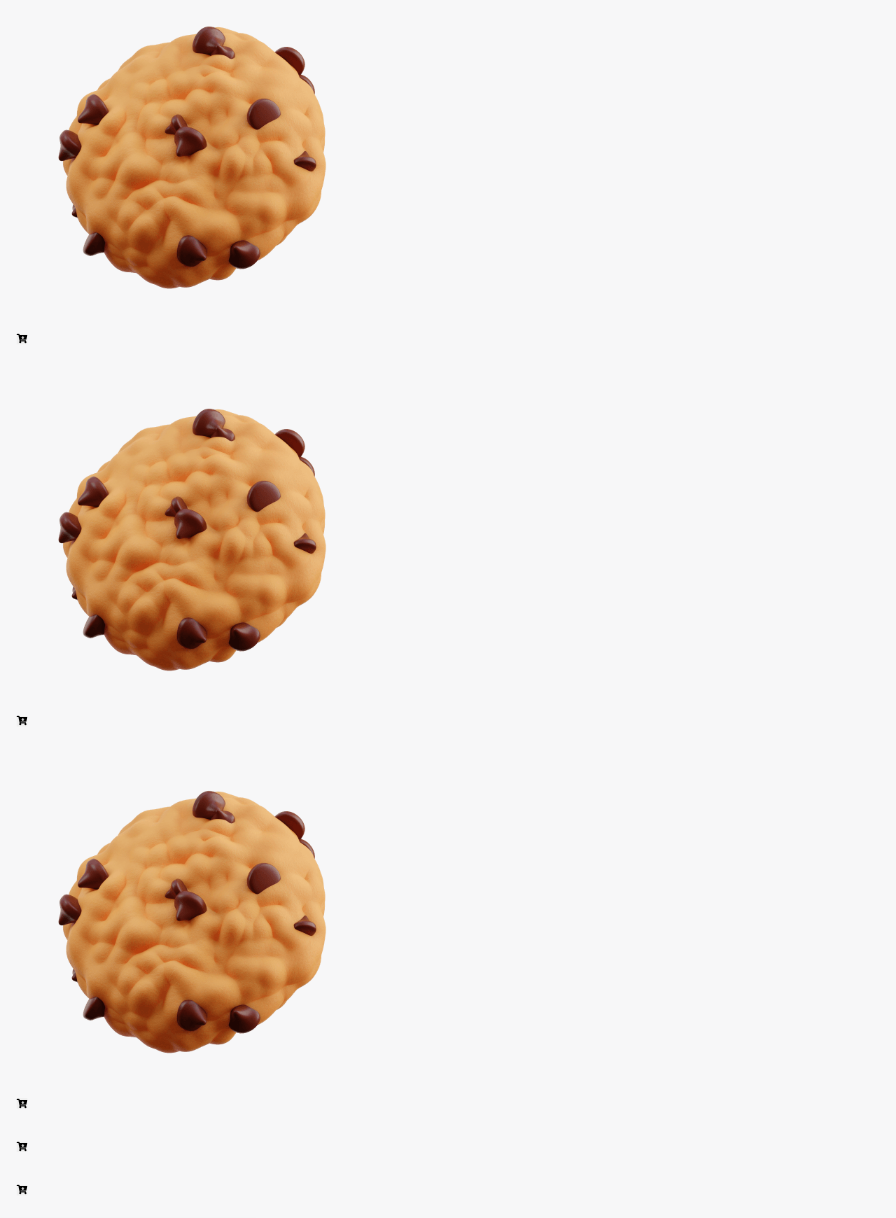
Repository: Nguyenductuan-dev/Website-coffee
Page: index.html
These files come from the project's save history. The page is drawn as it stood at one moment and after the next save; the edit follows.
The browser window is 1280 px wide. The pictures show the part of the page from y = 2767 to 4687 px (the page is 4507 px tall before and 4687 px after), at 70% of full size.

Above is the page before, as saved 2022-04-13 22:36:45.

After the next save:
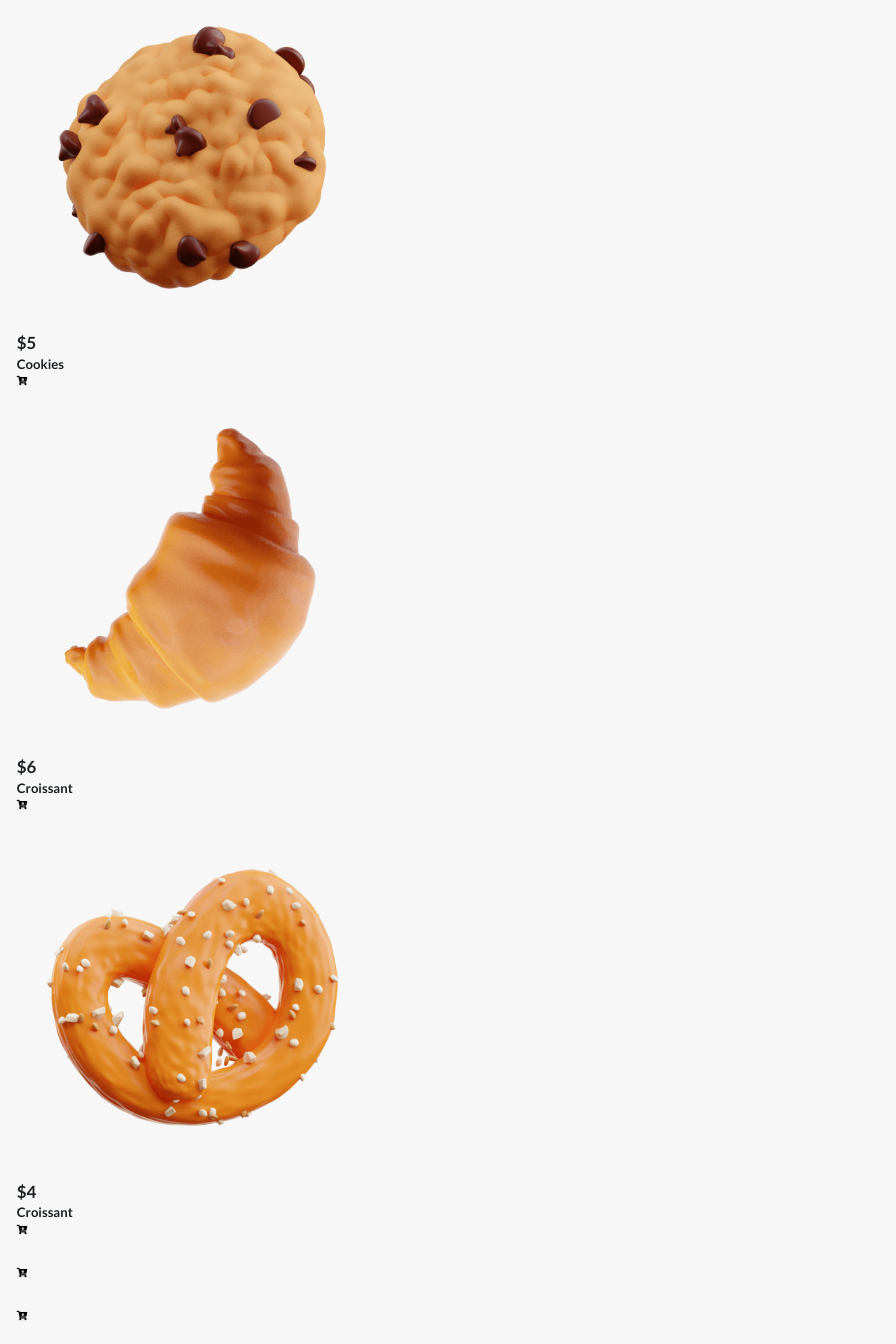
Saved 108 s later.
--- a/index.html
+++ b/index.html
@@ -160,38 +160,38 @@
                         </div>
 
                         <div class="products__data">
-                            <h2 class="products__price"></h2>
-                            <h3 class="products__name"></h3>
-
-                            <button class="button products__button">
-                                <i class="fas fa-cart-arrow-down"></i>
-                            </button>
-                        </div>
-                    </article>
-
-                    <article class="products__card">
-                        <div class="products__shape">
-                            <img src="assets/imgs/delicacies1.png" alt="" class="products__img">
-                        </div>
-
-                        <div class="products__data">
-                            <h2 class="products__price"></h2>
-                            <h3 class="products__name"></h3>
-
-                            <button class="button products__button">
-                                <i class="fas fa-cart-arrow-down"></i>
-                            </button>
-                        </div>
-                    </article>
-
-                    <article class="products__card">
-                        <div class="products__shape">
-                            <img src="assets/imgs/delicacies1.png" alt="" class="products__img">
-                        </div>
-
-                        <div class="products__data">
-                            <h2 class="products__price"></h2>
-                            <h3 class="products__name"></h3>
+                            <h2 class="products__price">$5</h2>
+                            <h3 class="products__name">Cookies</h3>
+
+                            <button class="button products__button">
+                                <i class="fas fa-cart-arrow-down"></i>
+                            </button>
+                        </div>
+                    </article>
+
+                    <article class="products__card">
+                        <div class="products__shape">
+                            <img src="assets/imgs/delicacies2.png" alt="" class="products__img">
+                        </div>
+
+                        <div class="products__data">
+                            <h2 class="products__price">$6</h2>
+                            <h3 class="products__name">Croissant</h3>
+
+                            <button class="button products__button">
+                                <i class="fas fa-cart-arrow-down"></i>
+                            </button>
+                        </div>
+                    </article>
+
+                    <article class="products__card">
+                        <div class="products__shape">
+                            <img src="assets/imgs/delicacies3.png" alt="" class="products__img">
+                        </div>
+
+                        <div class="products__data">
+                            <h2 class="products__price">$4</h2>
+                            <h3 class="products__name">Croissant</h3>
 
                             <button class="button products__button">
                                 <i class="fas fa-cart-arrow-down"></i>
